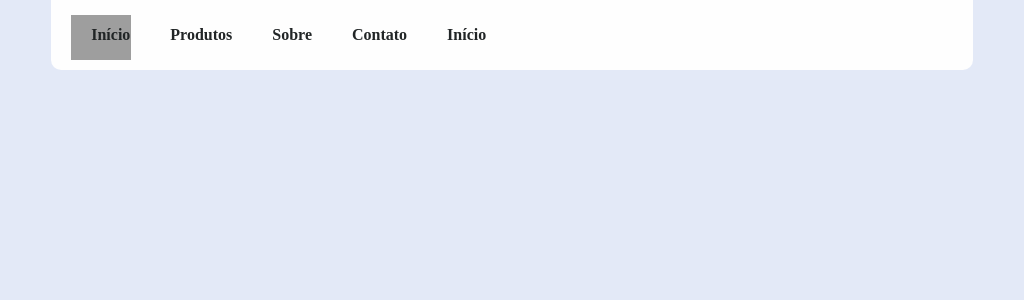
Repository: Matheus904-12/EggManSTORE
Page: index.html
These files come from the project's save history. The page is drawn as it stood at one moment and after a run of saves; the edit follows.
The browser window is 1024 px wide. The pictures show the whole page.
Pictures or frames that could not be fetched are drawn as grey boxes. Some web fonts or font styles are not loaded; a fallback is used.

Above is the page before, as saved 2023-11-02 14:43:29.

After the next 4 saves:
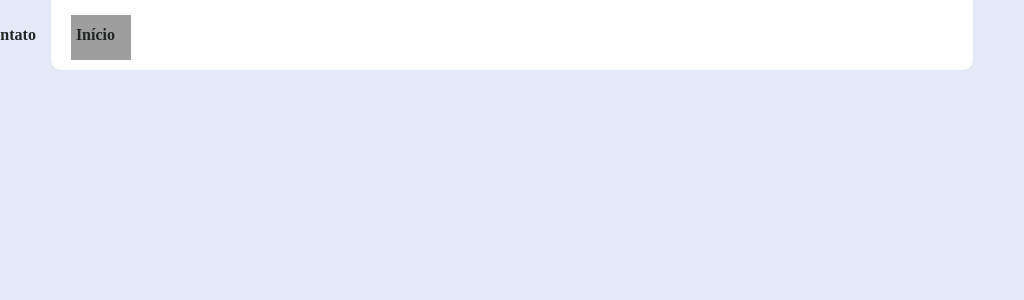
The 4 saves are shown as one change because they came seconds apart.
The last was saved 12 s later.
--- a/style.css
+++ b/style.css
@@ -77,5 +77,6 @@ nav ul li a:active {
     }
     nav {
         position: absolute;
+        left: -300px;
     }
 }
